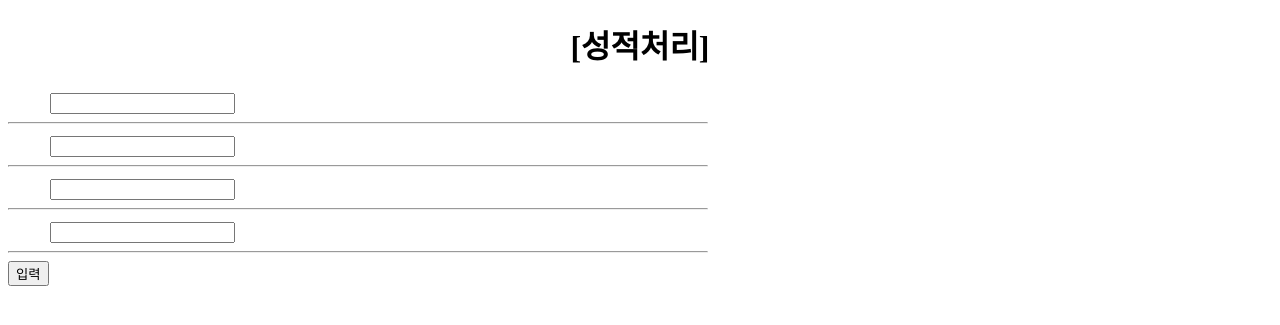
Repository: odasd/Ark-html
Page: 20200417/ex01/WebContent/ex20200417.html
The author's editor kept a copy of each file at every save. The page is drawn from the files as they stood at one save, then again after the next save.
The browser window is 1280 px wide. The pictures show the whole page.

Above is the page before, as saved 2020-04-16 23:49:12.

After the next save:
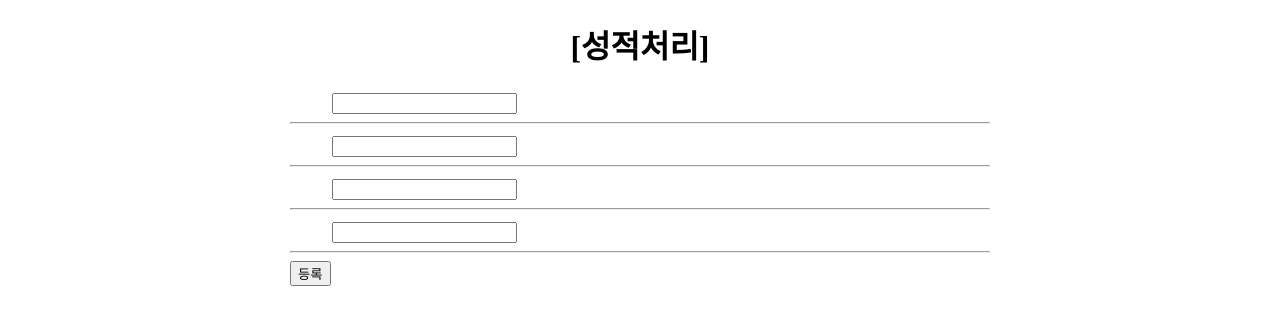
Saved 61 s later.
--- a/20200417/ex01/WebContent/ex20200417.html
+++ b/20200417/ex01/WebContent/ex20200417.html
@@ -5,7 +5,7 @@
 	<title>Insert title here</title>
 	<style>
 		h1 {text-align:center;}
-		#content {width:700px; background:gary; color:white;}
+		#content {width:700px; background:gary; color:white; margin:auto;}
 	</style>
 </head>
 <body>
@@ -19,7 +19,7 @@
 		<hr>
 		수학 : <input type="text" id="txtmat">
 		<hr>
-		<input type="button" value="입력" id="btninsert">
+		<input type="button" value="등록" id="btninsert">
 	</div>
 </body>
 </html>
